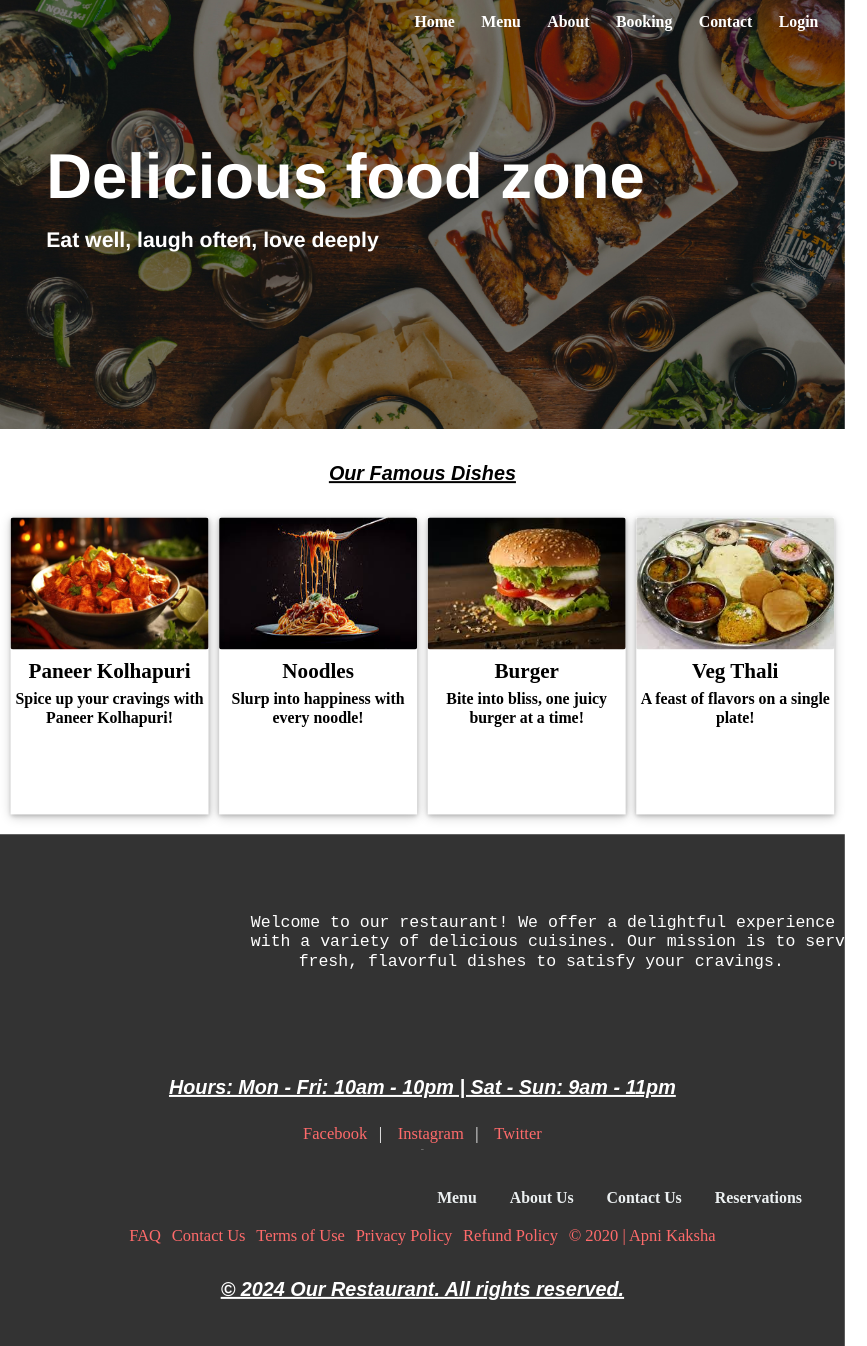
Repository: Shreya-Bonde/Restaurant-management-system
Page: index.html
The author's editor kept a copy of each file at every save. The page is drawn from the files as they stood at one save, then again after a run of saves.
The browser window is 1280 px wide. The page is 1314 px wide, so the pictures cover 1314 px, including what lies to the right of the window. The pictures show the whole page, at 66% of full size.

Above is the page before, as saved 2024-10-10 15:10:18.

After the next 2 saves:
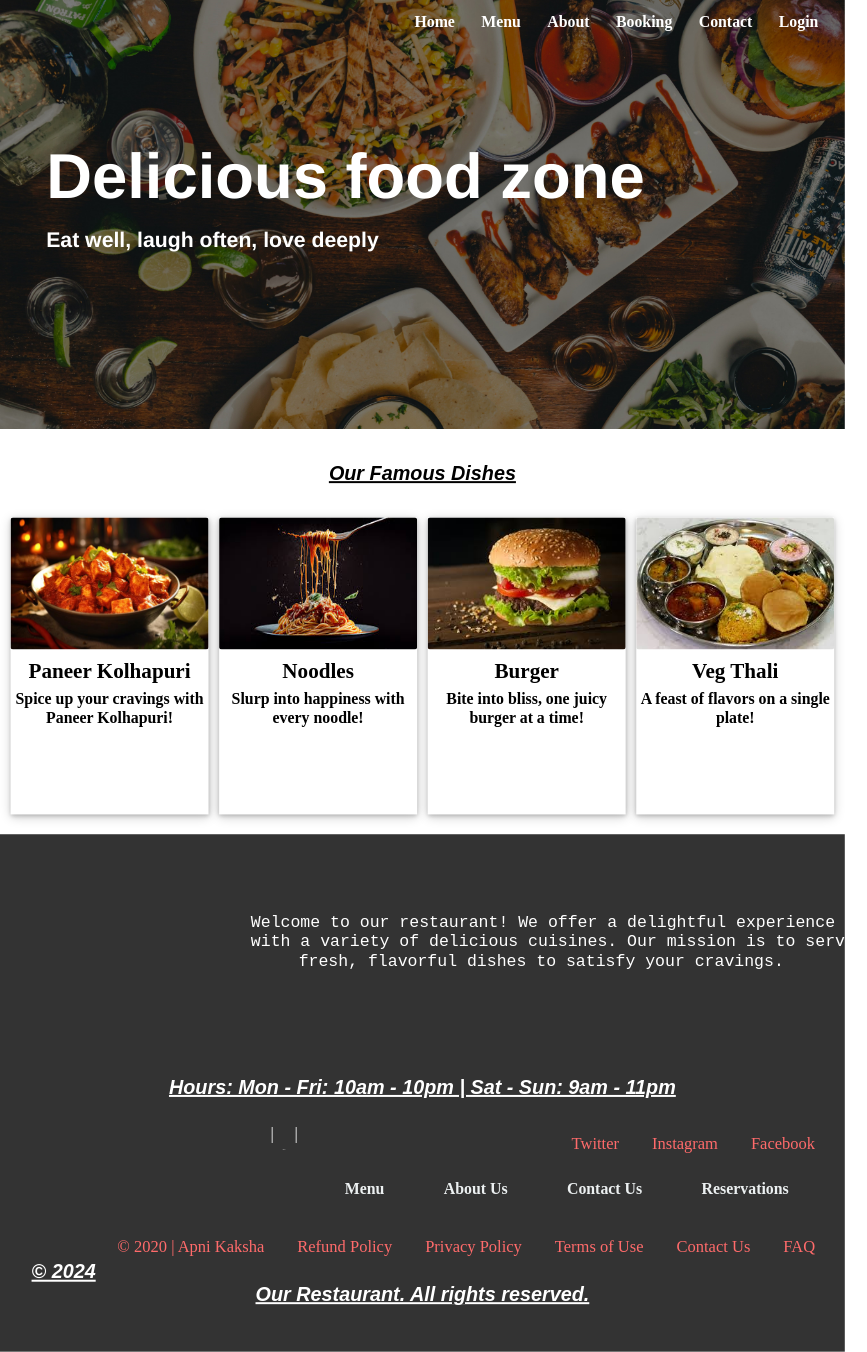
The 2 saves are shown as one change because they came seconds apart.
The last was saved 5 s later.
--- a/style.css
+++ b/style.css
@@ -109,7 +109,15 @@ footer {
     width: 100%;
     font-size: 25px;
 }
-
+footer a {
+    display: block;
+    float: right;
+    color: white;
+    text-align: center;
+    text-decoration: none;
+    padding: 15px 20px;
+    position: sticky;
+}
 .footer-section {
 
     min-width: 250px;
